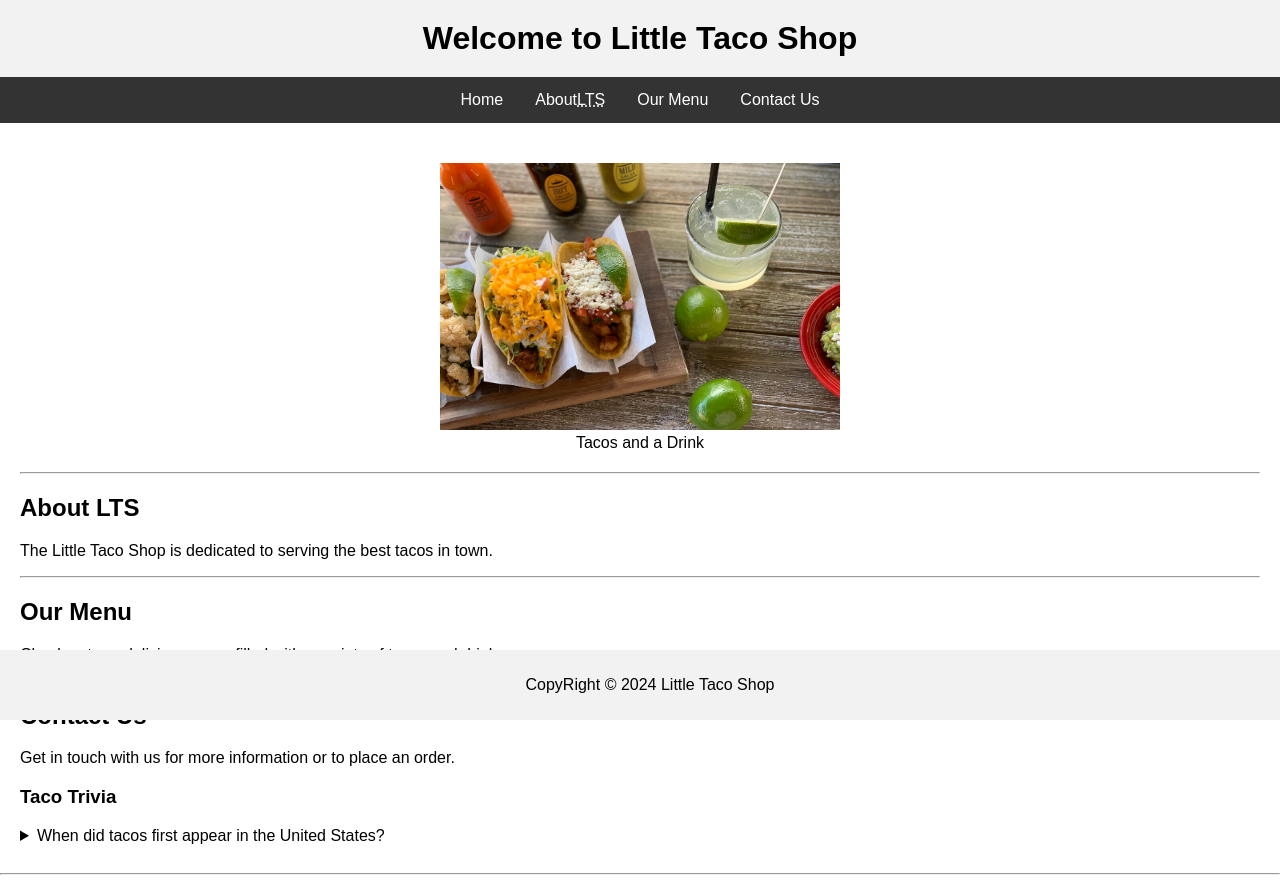
Repository: cavidk/taco_shop-web
Page: html basics/index.html
An editor plug-in stored every save of this project. The page is shown before and after the next save, followed by the edit.
The browser window is 1280 px wide. The pictures show the whole page.

Above is the page before, as saved 2024-06-11 10:20:25.

### html basics/index.html
<!DOCTYPE html>
<html lang="en">

<head>
   <meta charset="UTF-8">
   <meta name="author" content="Paimon">
   <meta name="description" content="The official website for Little Taco Shop">
   <title>The Little Taco Shop</title>
   <link rel="icon" href="icons8-star-100.png" type="image">
   <link rel="stylesheet" href="css/style.css">
   </head>
   <body>
      <header>
         <h1>Welcome to Little Taco Shop</h1>
         <nav>
            <ul>
               <li>
                  <a href="#home">Home</a>
               </li>
               <li>
                  <a href="#about">About<abbr title="The Little Taco Shop">LTS</abbr></a>
               </li>
               <li>
                  <a href="#menu">Our Menu</a>
               </li>
               <li>
                  <a href="contact.html">Contact Us</a>
               </li>
            </ul>
         </nav>
      </header>
      <main>
         <section id="home">
            <figure>
               <img width="400" height="267" src="images/image-24.jpeg" alt="This is a Drink with taco" title="We love tacos">
               <figcaption>
                  Tacos and a Drink
               </figcaption>
            </figure>
         </section>
         <hr>
         <section id="about">
            <h2>About LTS</h2>
            <p>The Little Taco Shop is dedicated to serving the best tacos in town.</p>
         </section>
         <hr>
         <section id="menu">
            <h2>Our Menu</h2>
            <p>Check out our delicious menu filled with a variety of tacos and drinks.</p>
         </section>
         <hr>
         <section id="contact">
            <h2>Contact Us</h2>
            <p>Get in touch with us for more information or to place an order.</p>
         </section>
         <aside>
            <h3>Taco Trivia</h3>
            <details>
               <summary>
                  When did tacos first appear in the United States?
               </summary>
               <p>
                  Tacos first appeared in the United States in the 19th century. The first known mention of a taco in the
                  United States is from 1905, in a newspaper. Tacos were introduced to the United States by Mexican
                  <time datetime="1905">1905</time>
               </p>
            </details>
         </aside>
      </main>
      <hr>
      <footer>
         <p>
            CopyRight &copy; 2024 Little Taco Shop
         </p>
      </footer>
   </body>

   </html>

### html basics/css/style.css
body {
   font-family: Arial, sans-serif;
   margin: 0;
}

nav {
   background-color: #333;
   display: flex;
   justify-content: center;
   overflow: hidden;
}

nav ul {
   display: flex;
   list-style-type: none;
   margin: 0;
   padding: 0;
}

nav ul li {
   margin: 0;
}

nav ul li a {
   display: block;
   color: white;
   text-align: center;
   padding: 14px 16px;
   text-decoration: none;
}

nav ul li a:hover {
   background-color: #111;
}

header h1 {
   margin: 0;
   padding: 20px;
   text-align: center;
   background-color: #f2f2f2;
}

main {
   padding: 20px;
}

footer {
   text-align: center;
   padding: 10px;
   background-color: #f2f2f2;
   position: fixed;
   bottom: 0;
   width: 100%;
}

figure {
   text-align: center;
   margin: 20px 0;
}

After the next save:
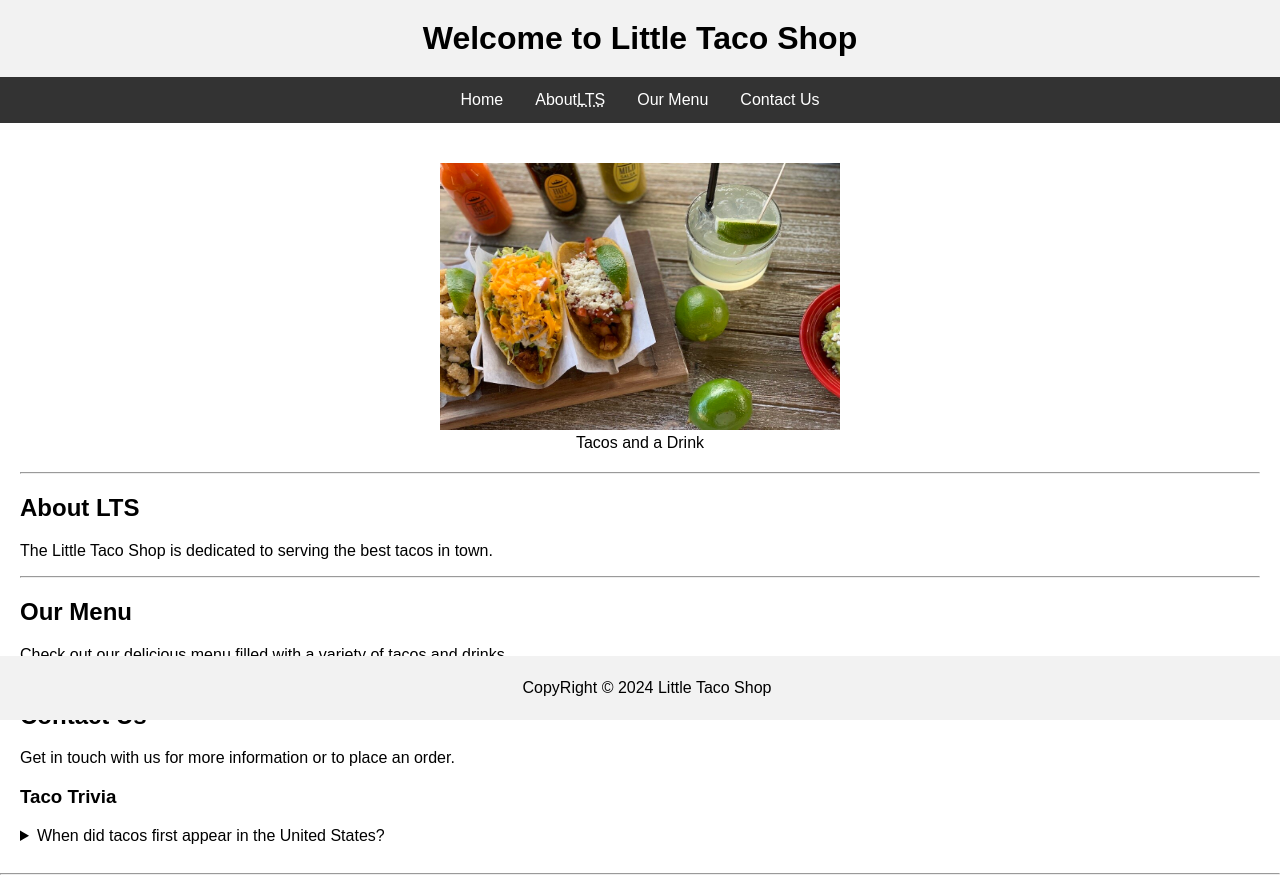
Saved 2 min 34 s later.
--- a/html basics/css/style.css
+++ b/html basics/css/style.css
@@ -46,7 +46,7 @@ main {
 
 footer {
    text-align: center;
-   padding: 10px;
+   padding: 7px;
    background-color: #f2f2f2;
    position: fixed;
    bottom: 0;
